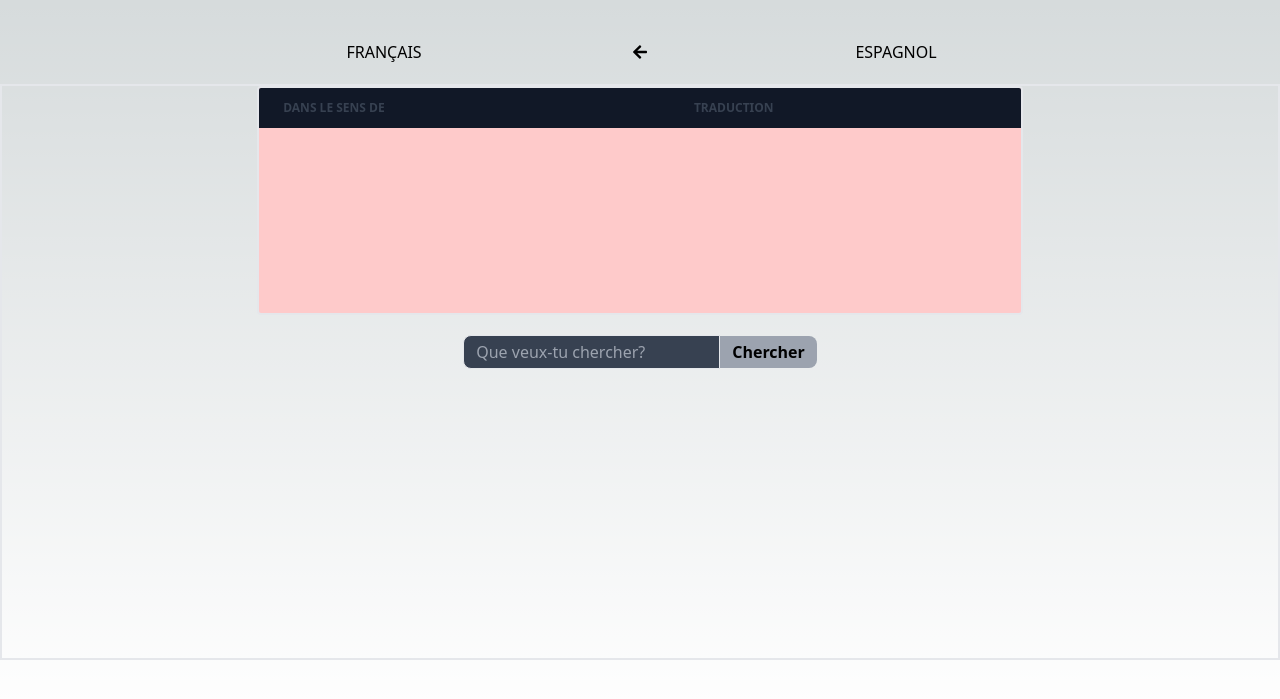
Repository: All-Khwarizmi/Dico
Page: /
These files come from the project's save history. The page is drawn as it stood at one moment and after the next save; the edit follows.
The browser window is 1280 px wide. The pictures show the whole page.
The project was rebuilt for these pictures with package versions that can differ from the ones it lists, and the page was loaded fresh each time. The framework's server and built-in components were replaced by stand-ins that run in the browser. Also part of the build but not shown: next.config.js, vite.config.ts.

Above is the page before, as saved 2023-02-17 18:29:29.

### src/app/page.tsx
'use client';
import Image from 'next/image';
import { Inter } from '@next/font/google';
import { FaArrowLeft } from 'react-icons/fa';
import { BsArrowRight } from 'react-icons/bs';
import { FaArrowRight } from 'react-icons/fa';
import EspModal from '@/components/EspModal';
import DicoModal from '@/components/DicoModal';

const inter = Inter({ subsets: ['latin'] });
import parse from 'html-react-parser';
import { useState } from 'react';
import Link from 'next/link';

type Trad = {
  source: string;
  target: string;
};
type Translations = Array<Trad>;
interface TranslationsFetch {
  translations: Array<Trad>;
}
export default function Home() {
  const [word, setWord] = useState<string>('');
  const [isFr, setIsFR] = useState<Boolean>(false);
  const [translations, setTranslations] = useState<Translations>([]);

  const submitWord = (e: React.FormEvent<HTMLFormElement>) => {
    e.preventDefault();
    let check = word.split(' ').length;
    console.log('Submitting', check);
    if (check > 1) {
      return window.alert('1 mot à la fois');
    }
    if (isFr) return fetchDico(word).catch((err) => console.log(err));
     fetchDicoEsp(word).catch((err) => console.log(err));
  };

  const inputWord = (e: React.ChangeEvent<HTMLInputElement>) => {
    return setWord(e.target.value);
  };

  const fetchDico = async (word: string): Promise<void> => {
    console.log('Fetching..');
     const url = 'https://dico-ochre.vercel.app/api/dico';
    const options: RequestInit = {
      method: 'POST',
      headers: {
        'Content-Type': 'text/plain;charset=UTF-8',
      },
      body: JSON.stringify(word),
    };
    const res = await fetch(url, options);
    // eslint-disable-next-line @typescript-eslint/no-unsafe-assignment
    const data = await res.json();
    console.log('Data: ', data);
    // eslint-disable-next-line @typescript-eslint/no-unsafe-assignment
    const { translations }: TranslationsFetch = data;
    setTranslations(translations);
    setWord('');
  };
  const fetchDicoEsp = async (word: string): Promise<void> => {
    console.log('Fetching..');
    const url = 'https://dico-ochre.vercel.app/api/esp';
    const options: RequestInit = {
      method: 'POST',
      headers: {
        'Content-Type': 'text/plain;charset=UTF-8',
      },
      body: JSON.stringify(word),
    };
    const res = await fetch(url, options);
    // eslint-disable-next-line @typescript-eslint/no-unsafe-assignment
    const data = await res.json();
    console.log('Data: ', data);
    // eslint-disable-next-line @typescript-eslint/no-unsafe-assignment
    const { translations }: TranslationsFetch = data;
    setTranslations(translations);
    setWord('');
  };
  return (
    <main className='h-screen w-screen'>
      <div className='grid place-items-center pt-5 '>
        {isFr ? (
          <div className='grid w-[60%] grid-cols-3  place-items-center  '>
            <button onClick={() => setIsFR(!isFr)}>
              <h1 className='py-5 text-center uppercase text-1xl'>Français</h1>
            </button>
            <button onClick={() => setIsFR(!isFr)}>
              <FaArrowRight />
            </button>
            <button onClick={() => setIsFR(!isFr)}>
              <h1 className='py-5 text-center uppercase text-1xl'>Espagnol</h1>
            </button>
          </div>
        ) : (
          <div className='grid w-[60%] grid-cols-3  place-items-center  '>
            <button onClick={() => setIsFR(!isFr)}>
              <h1 className='py-5 text-center uppercase text-1xl'>Français</h1>
            </button>
            <button onClick={() => setIsFR(!isFr)}>
              <FaArrowLeft />
            </button>
            <button onClick={() => setIsFR(!isFr)}>
              <h1 className='py-5 text-center uppercase text-1xl'>Espagnol</h1>
            </button>
          </div>
        )}
      </div>
      <div className='flex h-[80%] flex-col border border-2 items-center gap-5'>
        <div className=' h-[60%] max-h-[40%] w-[60%] overflow-scroll rounded border-2 border-solid bg-red-200'>
          <div className='text-black '>
            <div className=''>
              <table className='  relative w-full text-left text-sm text-gray-500 dark:text-gray-400'>
                <thead className='  sticky top-0 bg-gray-900 text-xs uppercase text-gray-700 '>
                  <tr>
                    <th scope='col' className='px-6 dark:text-white py-3 '>
                      Dans le sens de
                    </th>
                    <th scope='col' className='px-6 dark:text-white py-3 '>
                      Traduction
                    </th>
                  </tr>
                </thead>
                <tbody className='bg-gray-800'>
                  {translations?.map((trad: Trad, index) => {
                    return (
                      <tr
                        className='border-b bg-white dark:border-gray-700 dark:bg-gray-800'
                        key={index}
                      >
                        <td className='px-6 py-4'> {parse(trad?.source)}</td>
                        <th
                          scope='row'
                          className='whitespace-nowrap px-6 py-4 font-medium text-gray-900 dark:text-white'
                        >
                          {parse(trad?.target)}
                        </th>
                      </tr>
                    );
                  })}
                </tbody>
              </table>
            </div>
          </div>
        </div>
        <form className='text-black' onSubmit={(e) => submitWord(e)}>
          <input
            onChange={(event) => inputWord(event)}
            value={word}
            placeholder='Que veux-tu chercher?'
            className='rounded-lg border dark:text-white border-1 bg-gray-700 rounded-r-none px-3 py-1'
            type='text'
            name='word'
            id='word'
          />
          <button
            className='rounded-lg rounded-l-none bg-gray-400 dark:text-white font-bold dark:bg-purple-900 px-3 py-1 dark:py-1.5'
            type='submit'
          >
            Chercher
          </button>
        </form>
      </div>
    </main>
  );
}

Loaded but not shown: src/app/layout.tsx (common file); src/app/globals.css (common file); tailwind.config.js (common file)

After the next save:
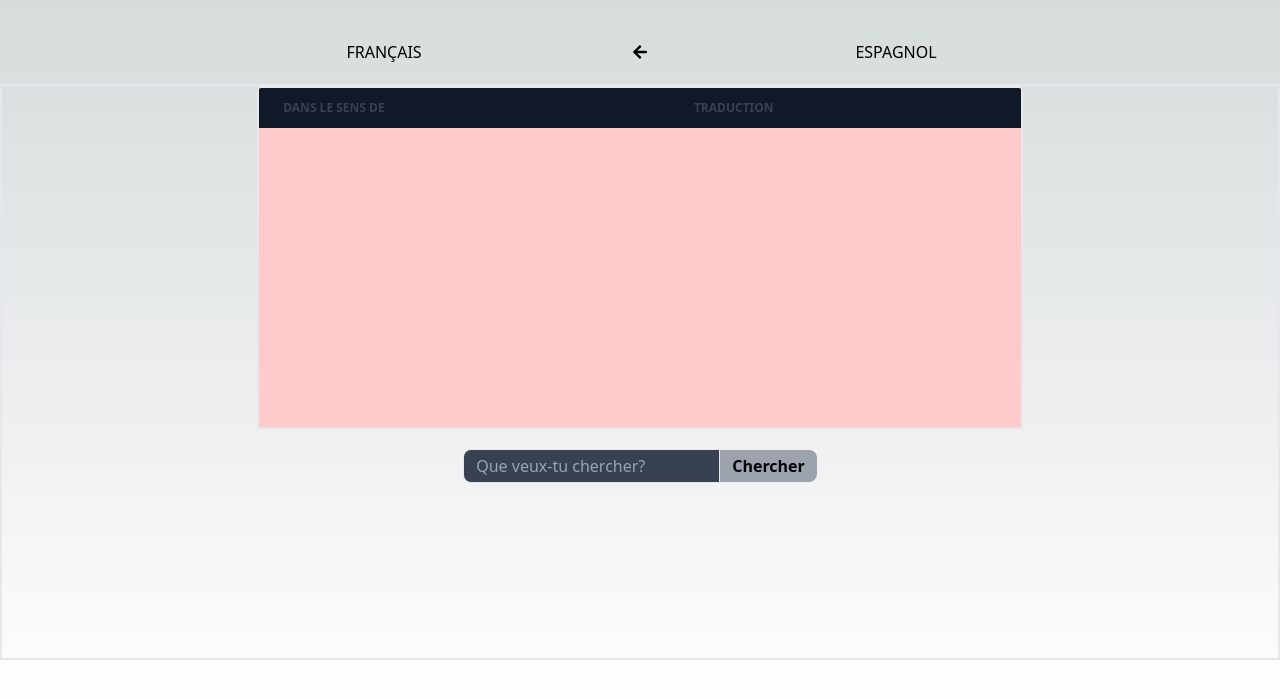
Saved 10 s later.
--- a/src/app/page.tsx
+++ b/src/app/page.tsx
@@ -108,7 +108,7 @@ export default function Home() {
         )}
       </div>
       <div className='flex h-[80%] flex-col border border-2 items-center gap-5'>
-        <div className=' h-[60%] max-h-[40%] w-[60%] overflow-scroll rounded border-2 border-solid bg-red-200'>
+        <div className=' h-[60%] max-h-[100%] w-[60%] overflow-scroll rounded border-2 border-solid bg-red-200'>
           <div className='text-black '>
             <div className=''>
               <table className='  relative w-full text-left text-sm text-gray-500 dark:text-gray-400'>
